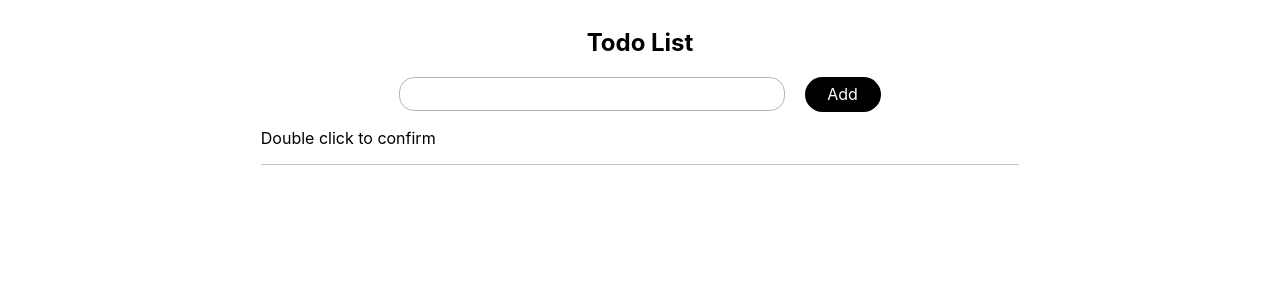
Repository: irenewuu/comp4130_checklist
Page: index.html
An editor plug-in stored every save of this project. The page is shown before and after the next save, followed by the edit.
The browser window is 1280 px wide. The pictures show the whole page.

Above is the page before, as saved 2022-01-12 15:21:48.

### index.html
<!DOCTYPE html>
<html lang="en">
  <head>
    <meta charset="UTF-8">
    <meta name="viewport" content="width=device-width, initial-scale=1.0">
    <link rel="stylesheet" href="style.css">
    <script src="index.js"></script>
    <title>Comp4130_Checklist</title>
  </head>
  <body>
    <div class="main">
      <!-- title area -->
      <div class="title">
      <h2>Todo List</h2>
      </div>
      <!-- input area -->
      <form class="input">
        <input type="text" class="text" id="myInput" onkeyup="13" >
        <span class="btn" onclick="newElement()">Add</span>
      </form>
      <!-- homework checklist -->
      <div class="sortbox">
        <!-- <h4>Sort</h4>
        <img src="image/Iconly/Bold/sort.svg"> -->
        <p>Double click to confirm</p>
      </div>
      <ul id="NewList">

      </ul>
    </div>
  </body>
</html>

### style.css
.main {
  width: 100%;
  height: 100%;
  display: flex;
  flex-direction: column;
  justify-content: center;
  align-items: center;
  font-family: -apple-system, BlinkMacSystemFont, "Segoe UI", Roboto;
}
form > span {
  width: 60%;
  display: flex;
  justify-content: center;
  background: #000000;
  color: #fff;
  justify-content: center;
  align-items: center;
}
.input {
  width: 60%;
  display: flex;
  justify-content: center;
}
.text {
  width: 50%;
  height: 30px;
  border-radius: 15px;
  border: 1px solid rgb(182, 182, 182);
}
.btn {
  width: 10%;
  height: 35px;
  border-radius: 20px;
  margin-left: 20px;
}
.sortbox {
  width: 60%;
  display: flex;
  flex-direction: row;
  border-bottom: 1px solid #c2c2c2;
}
.sortbox > img {
  margin: 10px;
}
ul {
  width: 60%;
  justify-content: center;
  margin: 0;
  padding: 0;
}
/* Style the list items */
ul li {
  cursor: pointer;
  position: relative;
  padding: 12px 8px 12px 40px;
  list-style-type: none;
  border-bottom: 1px solid #c2c2c2;
  font-size: 18px;
  transition: 0.2s;

  /* make the list items unselectable */
  -webkit-user-select: none;
  -moz-user-select: none;
  -ms-user-select: none;
  user-select: none;
}

ul li span {
  position: relative;
  right: 10px;
}

/* hover */
ul li:hover {
  background: #ddd;
}

/* When clicked on, add a background color and strike out text */
ul li.checked {
  background: #888;
  color: #fff;
  text-decoration: line-through;
}
/* Add a "checked" mark when clicked on */
ul li.checked::before {
  content: "";
  position: absolute;
  border-color: #fff;
  border-style: solid;
  border-width: 0 2px 2px 0;
  top: 10px;
  left: 16px;
  transform: rotate(45deg);
  height: 15px;
  width: 7px;
}
/* Style the close button */
.close {
  position: absolute;
  right: 0;
  top: 0;
  padding: 12px 16px 12px 16px;
}

.close:hover {
  background-color: #f72585;
}

@media only screen and (max-width: 600px) {
  .input {
    width: 60%;
    display: flex;
    justify-content: center;
  }
  .text {
    width: 65%;
    height: 20px;
  }
  .btn {
    width: 30%;
    height: 26px;
  }
}

### index.js
let data = [];

// // Create a "close" button and append it to each list item
var listItem = document.getElementsByTagName("li");

// Create a new list item when clicking on the "Add" button
function newElement() {
  console.log(data)
  var li = document.createElement("li");
  // li.className = "unchecked";
  var inputValue = document.getElementById("myInput").value;

  //putting input value in list
  var spanText = document.createTextNode(inputValue);
  var span = document.createElement("span");
  span.appendChild(spanText);
  li.appendChild(span);


  // delete img
  var bin = document.createElement("img");
  bin.src = "image/iconly/bold/delete.svg";
  bin.className = "close";
  li.appendChild(bin);

  if (inputValue === '') {
    alert("You must write something!");
    data.push()
  } else {
    document.getElementById("NewList").appendChild(li);
  }

  document.getElementById("myInput").value = "";

  // Click on a close button to hide the current list item
  // push object in array
  data.push({ value: inputValue })
  console.log(data)

  // Add a "checked" symbol when clicking on a list item
  // var list = document.querySelector('ul');
  // list.addEventListener('click', function(ev) {
  //   if (ev.target.tagName === 'LI') {
  //     // ev.target.tagName.className = "checked";
  //     ev.target.classList.toggle('checked');
  //   }
  // }, false);

  var close = document.getElementsByClassName("close");

    for (var i = 0; i < close.length; i++) {
      close[i].onclick = function () {

        data.splice(data[i], 1);
        console.log(data)

        // delete the item onclick
        var div = this.parentElement;
        div.remove(0,-1);
      }
    }


    for (var i = 0; i < listItem.length; i++) {
      listItem[i].onclick = function () {
       // Add a "checked" symbol when clicking on a list item
        var list = document.querySelector('ul');
        list.addEventListener('click', function(ev) {
        if (ev.target.tagName === 'LI') {
          ev.target.classList.toggle('checked');

        }

  }, false);
      }
    }
}

After the next save:
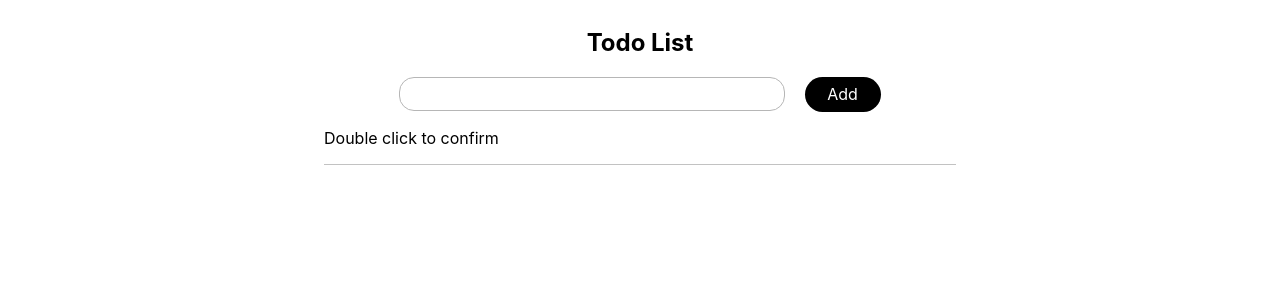
Saved 83 s later.
--- a/style.css
+++ b/style.css
@@ -34,7 +34,7 @@ form > span {
   margin-left: 20px;
 }
 .sortbox {
-  width: 60%;
+  width: 50%;
   display: flex;
   flex-direction: row;
   border-bottom: 1px solid #c2c2c2;
